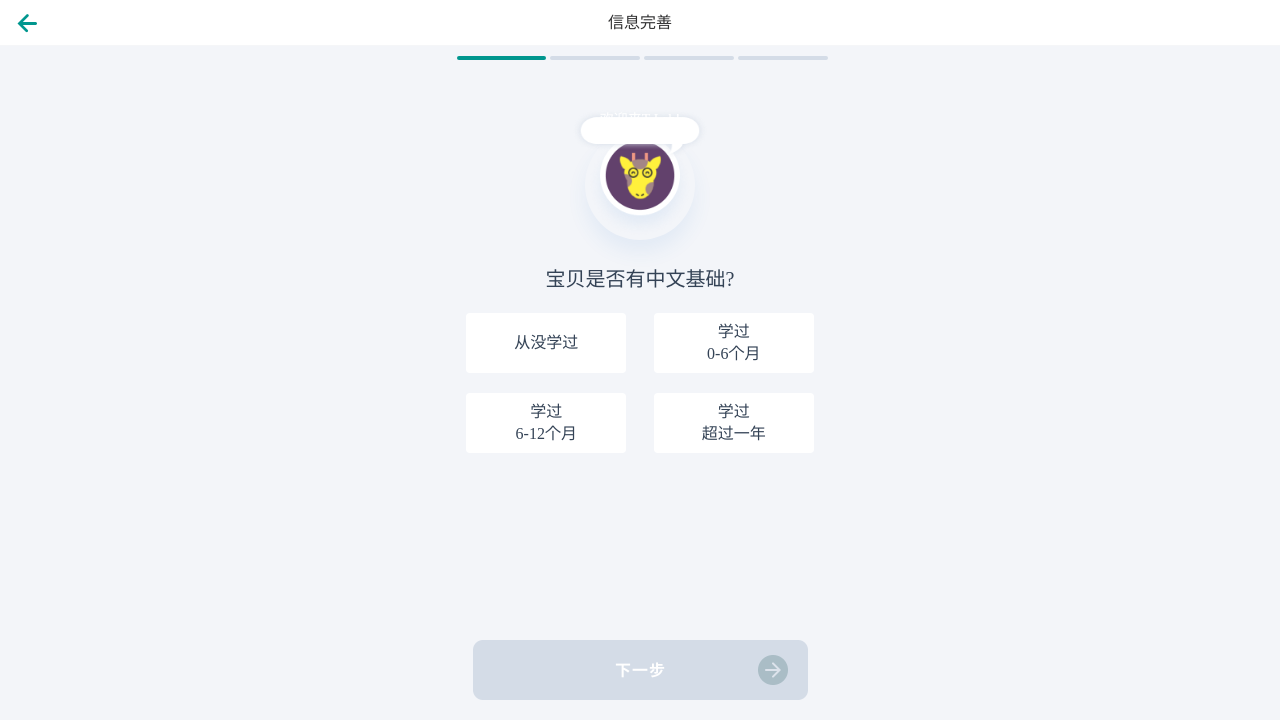
Repository: huangjf1/1
Page: /
The author's editor kept a copy of each file at every save. The page is drawn from the files as they stood at one save, then again after the next save.
The browser window is 1280 px wide. The pictures show the whole page.
The project was rebuilt for these pictures with package versions that can differ from the ones it lists, and the page was loaded fresh each time. Also part of the build but not shown: vue.config.js.

Above is the page before, as saved 2021-08-24 12:10:20.

### src/main.js
import { createApp } from 'vue'
import { NavBar, Swipe, SwipeItem, Picker, Field, Popup } from 'vant';
import App from './App.vue'
import router from './router'
import less from 'less'
import "lib-flexible/flexible.js"
import 'vant/lib/index.css';
const app = createApp(App)
app.use(router)
app.use(less)
app.use(NavBar)
app.use(Swipe)
app.use(Picker)
app.use(Field)
app.use(SwipeItem)
app.use(Popup)
app.mount('#app')

### src/App.vue
<template>
  <div id="app">
    <router-view></router-view>
  </div>
</template>

<script>
export default {
  name: 'App',
}
</script>
<style>
*{
  margin: 0;
  padding: 0;
  font-family: Montserrat,PingFang,Microsoft YaHei;
}
#app {
  width: 100%;
  height: 100%;
  position: absolute;
  left: 0;
  right: 0;
  top: 0;
  bottom: 0;
}
</style>

### src/router/index.js
import { createRouter, createWebHashHistory } from 'vue-router'
const router = createRouter({
  history: createWebHashHistory(),
  routes: [
    {
      path: '/',
      name: '/',
      redirect: '/index'
    },
    {
    path: '/index',
    name: 'index',
    component: () => import('@/views/index.vue'),
    meta: {
      index: 1
    }
  },]
})
export default router

### src/views/index.vue

<template>
  <div class="content">
    <van-nav-bar title="信息完善" left-arrow @click-left="onClickLeft">
      <template #left>
        <img class="backIcon" src="@/assets/image/back.png" alt="">
      </template>
    </van-nav-bar>
    <div class="tabs">
      <div :class="initIndex>=0?'currentTab':''"></div>
      <div :class="initIndex>=1?'currentTab':''"></div>
      <div :class="initIndex>=2?'currentTab':''"></div>
      <div :class="initIndex>=3?'currentTab':''"></div>
      <!-- <div :class="initIndex==4?'currentTab':''"></div> -->
    </div>
    <div class="my-swipe">
      <van-swipe ref="swipe"  indicator-color="transparent" :touchable="false">
        <!-- 是否有中文基础 -->
        <van-swipe-item class="pageFour">
          <div class="select-chines">
            <div class="message-info">欢迎来T-Lab!</div>
            <img class="avatar" src="@/assets/image/avatar.png">
            <p>宝贝是否有中文基础?</p>
            <div class="select-list-box">
              <div @click="selectChines!=0?selectChines=0:selectChines=null" class="select-list" :class="selectChines==0?'current-select-list':''">
                从没学过
              </div>
              <div @click="selectChines!=1?selectChines=1:selectChines=null" class="select-list" :class="selectChines==1?'current-select-list':''">
                <p>学过</p>
                <p>0-6个月</p>
              </div>
              <div @click="selectChines!=2?selectChines=2:selectChines=null" class="select-list" :class="selectChines==2?'current-select-list':''">
                <p>学过</p>
                <p>6-12个月</p>
              </div>
              <div @click="selectChines!=3?selectChines=3:selectChines=null" class="select-list" :class="selectChines==3?'current-select-list':''">
                <p>学过</p>
                <p>超过一年</p>
              </div>
            </div>
          </div>
          <div class="btn" @click="next(1)" v-show="selectChines!=null"></div>
          <div class="btn-gray" v-show="selectChines==null"></div>
        </van-swipe-item>
        <!-- 学习中文的侧重点 -->
        <van-swipe-item class="pageFour">
          <div class="select-chines">
            <img class="avatar" src="@/assets/image/avatar.png">
            <p>宝贝学习中文的侧重点? (可多选)</p>
            <div class="select-list-box">
              <div class="select-list" @click="selectList(item, index)" :class="item.check==true?'current-select-list':''" v-for="(item, index) in list" :key="index">
                {{item.text}}
              </div>
            </div>
          </div>
          <div class="btn" @click="next(2)" v-show="list.some(item => item.check === true)"></div>
          <div class="btn-gray" v-show="!list.some(item => item.check === true)"></div>
        </van-swipe-item>
        <!-- 选择出生年月 -->
        <van-swipe-item class="pageThree">
          <div class="select-age">
            <img class="avatar" src="@/assets/image/avatar.png">
            <p>宝贝哪年出生?</p>
            <van-field
              v-model="result"
              is-link
              readonly
              placeholder="请选择"
              @click="showPicker = true"
              arrow-direction='down'
              input-align='center'
              :border='false'
            />
            <div class="age-desc">我们会根据孩子不同的年龄推荐相应的体验课程</div>

          </div>
          <div class="btn" @click="next(3)" v-show="result"></div>
          <div class="btn-gray" v-show="!result"></div>
        </van-swipe-item>
        <!-- 输入昵称 -->
        <van-swipe-item class="pageOne">
          <div class="pageOneDesc">
            <img class="avatar" src="@/assets/image/avatar.png">
            <div class="nameDesc">点击输入宝贝昵称</div>
            <input @input="changeText" v-model="name" type="text" placeholder="请输入">
            <div class="message" :class="firstShow?'messageColor':''">最多14个英文字符或7个汉字</div>
          </div>
          <div class="btn btn-success" v-show="!firstShow"></div>
          <div class="btn-gray" v-show="firstShow"></div>
        </van-swipe-item>
        <!-- 选择性别 -->
        <!-- <van-swipe-item class="pageTwo">
          <div class="selectSex">
            <div class="man" @click="selectSex!=1?selectSex=1:selectSex=''">
              <img class="manImg" src="@/assets/image/man.png">
              <img class="checkImg" v-show="selectSex==1" src="@/assets/image/checked.png">
            </div>
            <div class="andText">或</div>
            <div class="woman" @click="selectSex!=2?selectSex=2:selectSex=''">
              <img class="womanImg" src="@/assets/image/woman.png">
              <img class="checkImg" v-show="selectSex==2" src="@/assets/image/checked.png">
            </div>
          </div>
          <div class="btn" @click="next(2)" v-show="selectSex!=''"></div>
          <div class="btn-gray" v-show="selectSex==''"></div>
        </van-swipe-item> -->
      </van-swipe>
    </div>
    <van-popup v-model:show="showPicker" round position="bottom">
      <van-picker
        show-toolbar
        :columns="columns"
        @cancel="showPicker = false"
        @confirm="onConfirm"
        confirm-button-text="确定"
        confirm-color='red'
      />
    </van-popup>
  </div>
</template>
<script>
import { ref, onMounted } from 'vue'
export default {
  components: {

  },
  setup () {
    let initIndex = ref(0)
    let name = ref('')
    let selectChines = ref(null)
    let swipe = ref('')
    let firstShow = ref(true)
    let selectSex = ref('')
    let date = new Date()
    let year = date.getFullYear()
    console.log(year)
    const columns = []
    for (var i = 2000;i<=year;i++){
      columns.unshift({
        text: i
      })
    }
    // 侧重点列表
    const list = ref([
      { text: '拼音', check: false },
      { text: '听力', check: false },
      { text: '阅读', check: false },
      { text: '口语', check: false}
    ])
    const result = ref('');
    const showPicker = ref(false);
    const onConfirm = (value) => {
      result.value = value.text;
      showPicker.value = false;
    };
    // 返回
    const onClickLeft = () => {
      if (initIndex.value>0){
        swipe.value.prev()
        initIndex.value -= 1
      }
    }
    const selectList = (item) => {
      item.check = !item.check
    }
    const changeText = () => {
      /*eslint-disable*/
      let len = name.value.replace(/[^\x00-\xFF]/g,'**').length
      if (len<=14 && len>0) {
        firstShow.value = false
      } else {
        firstShow.value = true
      }
    }
    const next = (index) => {
      if (initIndex.value<4){
        swipe.value.next()
        initIndex.value = index
      }
    }
    onMounted (()=>{

    })
    return {
      initIndex,
      swipe,
      firstShow,
      columns,
      result,
      showPicker,
      list,
      selectChines,
      name,
      changeText,
      selectSex,
      onClickLeft,
      onConfirm,
      selectList,
      next
    }
  }
}
</script>
<style scoped lang="less">
 .content {
   width: 100%;
   height: 100%;
   margin: 0 auto;
   display: flex;
   flex-direction: column;
   background: #f3f5f9;
   .backIcon {
     width: 24px;
     height: 24px;
   }
   .my-swipe {
      flex: 1;
      .van-swipe {
       height: 100%;
      }
      .van-swipe-item {
       color: #fff;
       font-size: 20px;
       text-align: center;
      }
      /deep/.van-swipe__indicators {
        display: none;
      }
      .pageOne {
        position: relative;
        display: flex;
        flex-direction: column;
        .pageOneDesc{
          flex: 1;
        }

        .nameDesc {
          text-align: center;
          color: #344356;
          font-size: 16px;
          font-weight: 600;
          font-family: PingFang HK;
          margin-top: 25px;
        }
        input {
          width: 335px;
          height: 16px;
          line-height: 16px;
          background: #FFFFFF;
          padding: 17px 0;
          border-radius: 10px;
          border: none;
          outline: none;
          font-size: 16px;
          text-align: center;
          margin-top: 19px;
          color: #344356;
        }
        .message {
          color: #344356;
          font-size: 14px;
          margin-top: 10px;
          &.messageColor {
            color: #FF7044;
          }
        }

      }
      .pageTwo {
        position: relative;
        display: flex;
        flex-direction: column;
        .selectSex {
          width: 140px;
          height: 340px;
          margin: 100px auto 0;
          flex: 1;
          .man,.woman {
            width: 140px;
            height: 140px;
            background: #FFFFFF;
            position: relative;
            cursor: pointer;
            .manImg{
              width: 56px;
              height: 59px;
              position: absolute;
              left: 0;
              top: 0;
              bottom: 0;
              right: 0;
              margin: auto;
            }
            .womanImg {
              width: 62px;
              height: 58px;
              position: absolute;
              left: 0;
              top: 0;
              bottom: 0;
              right: 0;
              margin: auto;
            }
            .checkImg {
              width: 22px;
              height: 22px;
              position: absolute;
              right: 5px;
              top: 5px;
            }
          }
          .andText {
            height: 60px;
            line-height: 60px;
            color: #344356;
            text-align: center;
            font-size: 16px;
          }
        }
      }
      .pageThree {
        display: flex;
        flex-direction: column;
        .select-age {
          width: 335px;
          flex: 1;
          margin: 0 auto;
          >p{
            color: #344356;
            font-size: 20px;
            margin-top: 20px;
            font-family: PingFang HK;
            font-style: normal;
            font-weight: 500;
            margin-bottom: 25px;
          }
          .age-desc {
            color: #5a6776;
            font-family: PingFang HK;
            font-style: normal;
            font-weight: normal;
            font-size: 14px;
            line-height: 20px;
            margin-top: 20px;
          }
          .van-field {
            border-radius: 5px;
          }
          /deep/ .van-popup--bottom {
            width: 375px;
            left: 0;
            right: 0;
            margin: auto;
            bottom: 0;
          }
          /deep/ .van-picker__toolbar {
            color: gray;
          }
          /deep/ .van-picker__confirm {
            color: #344356
          }
        }
      }
      .pageFour {
        width: 375px;
        margin: 0 auto;
        display: flex;
        flex-direction: column;
        .select-chines {
          flex: 1;
          width: 375px;
          margin: 0 auto;
          position: relative;
          .message-info {
            width: 136px;
            height: 52px;
            position: absolute;
            background: url('~@/assets/image/Union.png') no-repeat;
            background-size: 100% 100%;
            left: 0;
            right: 0;
            margin: auto;
            top: 50px;
            font-family: PingFang HK;
            font-style: normal;
            font-weight: 500;
            font-size: 14px;
            line-height: 20px;
          }
          >p {
            font-family: PingFang HK;
            font-style: normal;
            font-weight: 500;
            font-size: 20px;
            line-height: 28px;
            color: #344356;
            margin-top: 20px;
          }
          .select-list-box {
            display: flex;
            flex-wrap: wrap;
            justify-content: space-around;
          }
          .select-list {
            width: 160px;
            height: 60px;
            display: flex;
            flex-direction: column;
            align-items: center;
            background: white;
            font-family: PingFang HK;
            font-style: normal;
            font-weight: 500;
            font-size: 16px;
            line-height: 22px;
            display: flex;
            justify-content: center;
            text-align: center;
            color: #344356;
            border-radius: 4px;
            margin-top: 20px;
            &.current-select-list {
              background: #088384;
              color: white;
            }
          }
        }
      }
      .avatar {
        width: 110px;
        height: 110px;
        border-radius: 50%;
        box-shadow: 0px 12px 19px rgba(60, 128, 209, 0.0851449);
        margin-top: 70px;
      }
      .btn {
        width: 335px;
        height: 60px;
        background: url('../assets/image/button.png') no-repeat;
        background-size: 100% 100%;
        cursor: pointer;
        margin: 0 auto 20px;
      }
      .btn-success {
        background: url('../assets/image/success.png') no-repeat;
        background-size: 100% 100%;
      }
      .btn-gray {
        width: 335px;
        height: 60px;
        background: url('../assets/image/button_gray.png') no-repeat;
        background-size: 100% 100%;
        cursor: pointer;
        margin: 0 auto 20px;
      }
   }
   .tabs {
     width: 375px;
     height: 4px;
     display: flex;
     justify-content: space-around;
     margin: 10px auto 0;
     div{
       height: 4px;
       flex: 1;
       background: #D4DCE7;
       border-radius: 26px;
       margin-left: 4px;
     }
     .currentTab {
       background: #00968E;
     }
   }
 }

</style>

Loaded but not shown: public/index.html (common file)

After the next save:
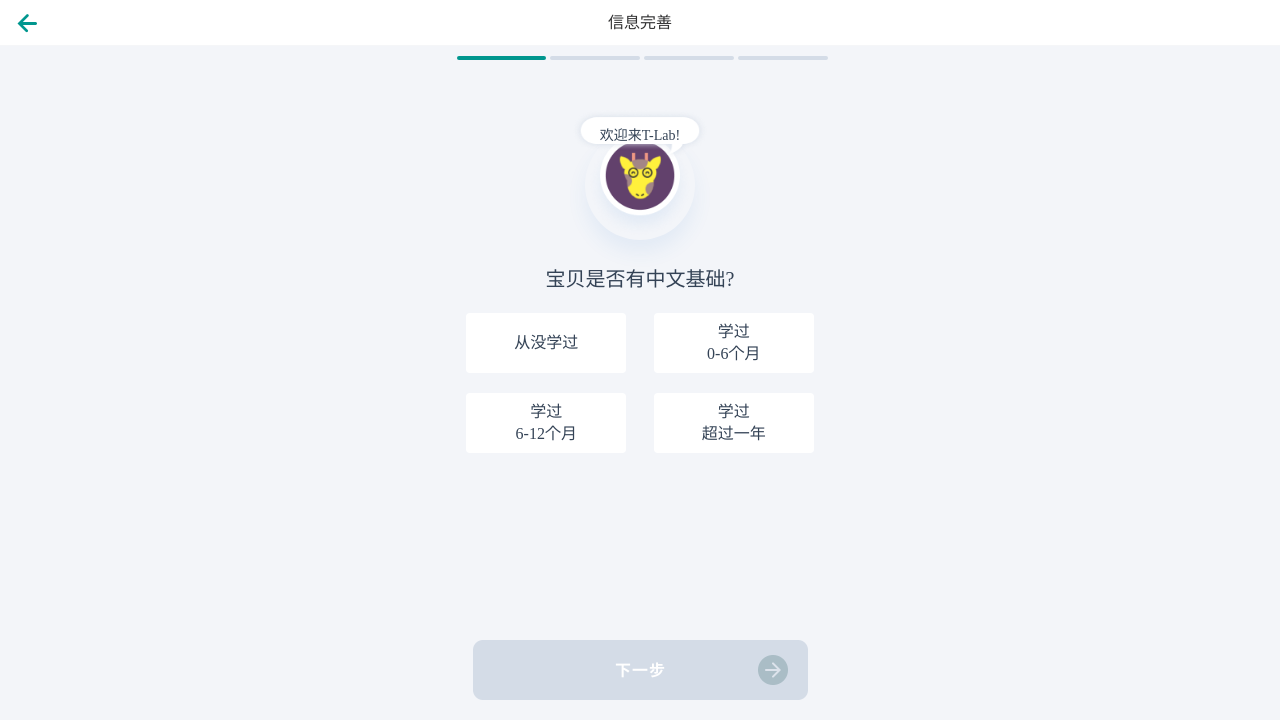
Saved 25 s later.
--- a/src/views/index.vue
+++ b/src/views/index.vue
@@ -385,7 +385,8 @@ export default {
             font-style: normal;
             font-weight: 500;
             font-size: 14px;
-            line-height: 20px;
+            line-height: 52px;
+            color: #344356;
           }
           >p {
             font-family: PingFang HK;
